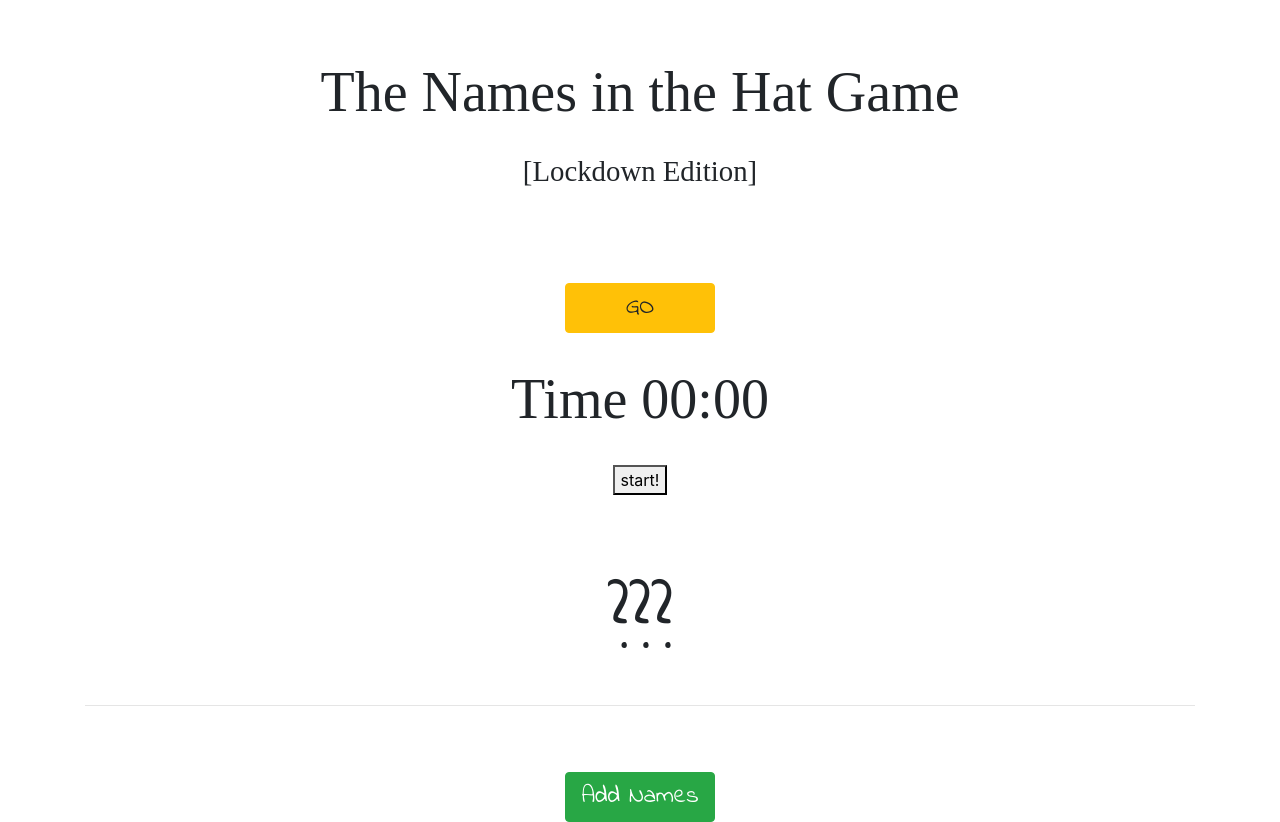
Repository: TaylorD1982/randomizer
Page: index.html
The author's editor kept a record of every edit. The page is drawn from the files as they stood at one moment, then again after the next edit.
The browser window is 1280 px wide. The pictures show the whole page.
Some web fonts or font styles are not loaded; a fallback is used. Some web libraries are served in a nearby version.

Above is the page before.
Console error: TypeError: Cannot read properties of null (reading 'addEventListener')

### index.html
<!DOCTYPE html>
<html lang="en">

<head>
    <meta charset="UTF-8">
    <meta name="viewport" content="width=device-width, initial-scale=1.0">
    <meta http-equiv="X-UA-Compatible" content="ie=edge">
    <title>The Names in the Hat Game</title>
    <link rel="icon" href="images/markk.png">
    <link href="https://fonts.googleapis.com/css2?family=Indie+Flower&display=swap" rel="stylesheet">
    <link href="https://fonts.googleapis.com/css2?family=Frijole&display=swap" rel="stylesheet">
    <link rel="stylesheet" href="https://maxcdn.bootstrapcdn.com/bootstrap/4.0.0/css/bootstrap.min.css" integrity="sha384-Gn5384xqQ1aoWXA+058RXPxPg6fy4IWvTNh0E263XmFcJlSAwiGgFAW/dAiS6JXm" crossorigin="anonymous">
    <link rel="stylesheet" href="style.css">
</head>

<body>
    <div class="container">
        <div class="row app">
            <div class="col">
                <div>
                    <P class="title">The Names in the Hat Game</P>
                    <P class="lock">[Lockdown Edition]</P>
                </div>
                <br>
                <button id="Button" type="button" class="btn btn-warning">
                      GO
                </button>
                <br>
                <br>
                <div class="title">Time <span class="timer-view">00:00</span></div>
                <br>
                <button class="start">start!</button>
                <br>
                <br>
                <div id="Answer" class="result">
                    ???
                </div>
                <hr>
                <a href="submit.html" class="btn btn-success">
                      Add Names
                </a>
            </div>
        </div>
    </div>
</body>
<script>
    // myArray initial content, as a global variable :
    var myArray = [
        'Al Hutchison',
        'Craig Bingham',
        'David Taylor',
        'Juliet',
        'Will',
        'Laura',
        'Lindsey',
        'Tom Hanks',
        'Struan',
        'Jim Jeffries',
        'Max',
        'Kathryn',
        'The Rock',
        'Jesus',
        'James Bond',
        'Sean Duffy',
        'Michael Jordan',
        'Bilbo Baggins',
    ];

    // the event handler, randomly emptying myArray one at a time :
    document.getElementById("Button").onclick = function() {
        // check for an empty array :
        if (myArray.length > 0) {
            var optionsE = Math.floor(Math.random() * myArray.length);
            var removedE = myArray.splice(optionsE, 1);
            document.getElementById("Answer").innerHTML = removedE[0];
        }
        else {
            alert("GAME OVER!");
        }
    }
</script>

<script>
    const timeView = document.querySelector('.timer-view');
    const start = document.querySelector('.start');
    const moreTime = document.querySelector('.add');
    const reset = document.querySelector('.reset');

    start.addEventListener('click', function() {
        Countdown(60);
    });

    moreTime.addEventListener('click', function() {
        AddTime(5);
    });

    reset.addEventListener('click', function() {
        timeView.textContent = '00:00';
        clearTimeout(stopTime);
    });


    function Countdown(seconds) {
        this.sec = seconds;
        this.mins = seconds > 60 ? seconds / 60 : 0;

        tick();

        function tick() {
            if (this.sec > 60) {
                this.current_minutes = mins - 1;
            }
            this.sec--;
            timeView.textContent = (!this.mins ? '00' : this.current_minutes.toString()) + ':' + (this.sec < 10 ? '0' : '') + String(this.sec);
            if (this.sec > 0) {
                stopTime = setTimeout(tick, 1000);
            }
            else {
                if (this.mins > 1) {
                    countdown(this.mins - 1);
                }
            }
        }
    }

    function AddTime(seconds) {
        clearTimeout(stopTime);
        Countdown.call(this.sec, seconds);
        sec = this.sec + seconds;
    }
</script>

<script src="https://code.jquery.com/jquery-3.2.1.slim.min.js" integrity="sha384-KJ3o2DKtIkvYIK3UENzmM7KCkRr/rE9/Qpg6aAZGJwFDMVNA/GpGFF93hXpG5KkN" crossorigin="anonymous"></script>
<script src="https://cdnjs.cloudflare.com/ajax/libs/popper.js/1.12.9/umd/popper.min.js" integrity="sha384-ApNbgh9B+Y1QKtv3Rn7W3mgPxhU9K/ScQsAP7hUibX39j7fakFPskvXusvfa0b4Q" crossorigin="anonymous"></script>
<script src="https://maxcdn.bootstrapcdn.com/bootstrap/4.0.0/js/bootstrap.min.js" integrity="sha384-JZR6Spejh4U02d8jOt6vLEHfe/JQGiRRSQQxSfFWpi1MquVdAyjUar5+76PVCmYl" crossorigin="anonymous"></script>

</html>

### style.css
.app {
    padding-top: 50px;
    text-align: center;
}

.app2 {
    padding-top: 50px;
    text-align: center;
    padding-left: 100px;
    padding-right: 100px;
}

.result {
    padding-top: 50px;
    font-family: 'Indie Flower', cursive;
    font-size: 5em;
}

.btn {
    width: 150px;
    font-family: 'Indie Flower', cursive;
    font-size: 1.5em;
    margin-top: 50px;
}

.title {
    font-family: 'Frijole', cursive;
    font-size: 3.5em;
}

@media only screen and (max-width: 600px) {
.title {
    font-size: 2em;
}}

@media only screen and (max-width: 600px) {
.result {
    font-size: 3em;
}}

.lock {
    font-family: 'Frijole', cursive;
    font-size: 1.8em;
}

@media only screen and (max-width: 600px) {
.lock {
    font-family: 'Frijole', cursive;
    font-size: 1.2em;
}}

.app3 {
    padding-top: 50px;
    text-align: center;
    padding-left: 100px;
    padding-right: 100px;
}

@media only screen and (max-width: 600px) {
.app3 {
    padding-top: 50px;
    text-align: center;
    padding-left: 10px;
    padding-right: 10px;
}}

.clock {
    font-family: 'Bungee Shade', cursive;
    font-size: 2.5em;
    color: #800000;
}

After the next edit:
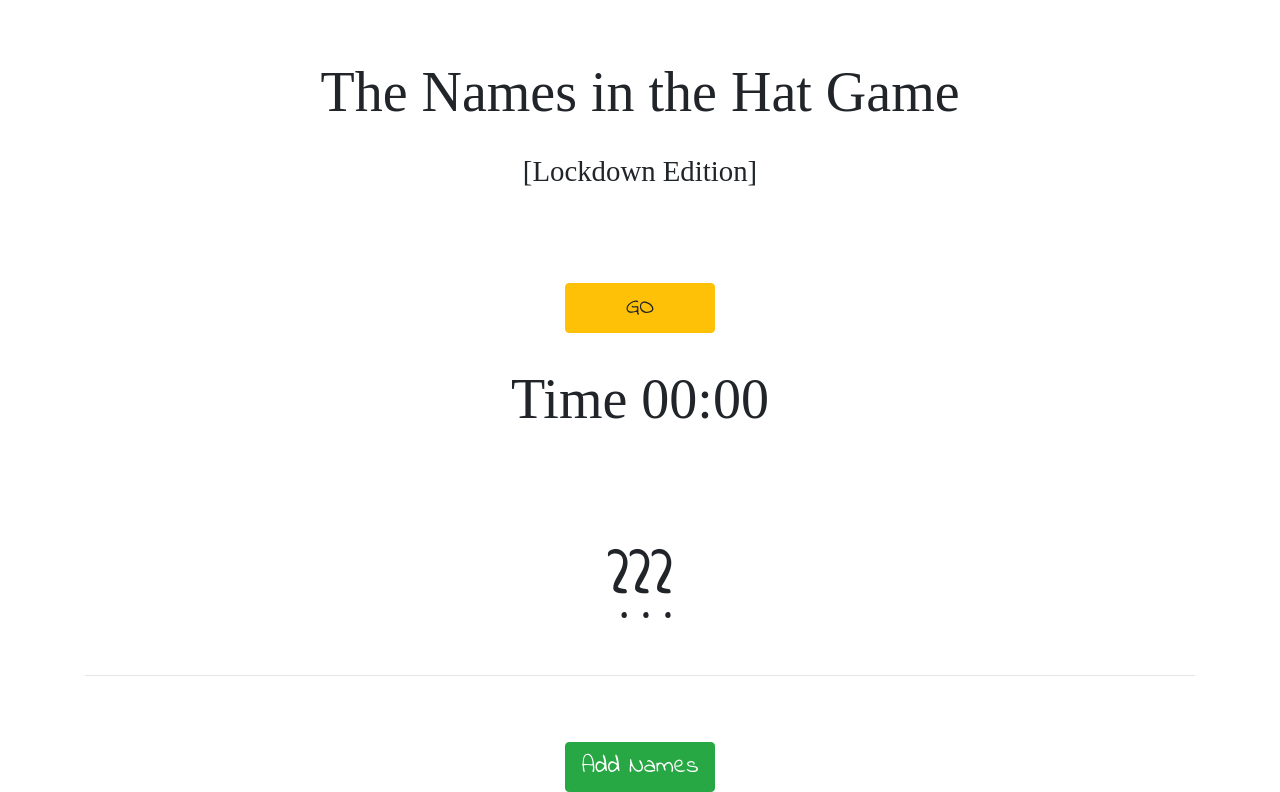
The edit:
--- a/index.html
+++ b/index.html
@@ -28,8 +28,6 @@
                 <br>
                 <br>
                 <div class="title">Time <span class="timer-view">00:00</span></div>
-                <br>
-                <button class="start">start!</button>
                 <br>
                 <br>
                 <div id="Answer" class="result">
